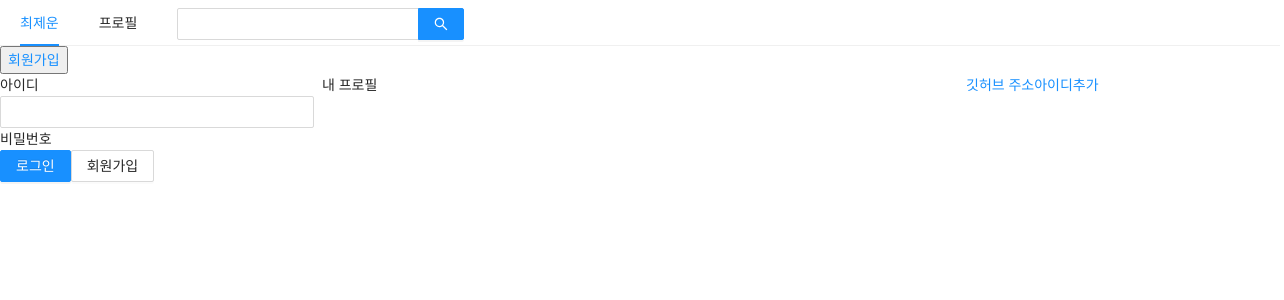
Repository: chlwpdnswku/zerochonext
Page: /signup (app in front/)
An editor plug-in stored every save of this project. The page is shown before and after a run of saves, followed by the edit.
The browser window is 1280 px wide. The page is 1284 px wide, so the pictures cover 1284 px, including what lies to the right of the window. The pictures show the whole page.
The project was rebuilt for these pictures with package versions that can differ from the ones it lists, and the page was loaded fresh each time. The framework's server and built-in components were replaced by stand-ins that run in the browser. Also part of the build but not shown: front/components/UserProfile.js.

Above is the page before, as saved 2022-08-28 08:40:26.

After the next 2 saves:
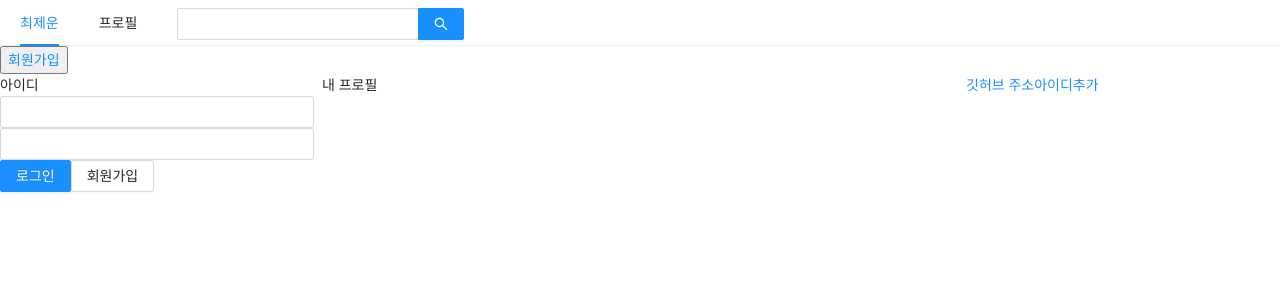
The 2 saves are shown as one change because they came seconds apart.
The last was saved 36 s later.
--- a/front/components/LoginForm.js
+++ b/front/components/LoginForm.js
@@ -21,15 +21,13 @@ function LoginForm() {
       </div>
 
       <div>
-        <label
+        <Input
           htmlFor='user-password'
           value={password}
           onChange={setPassword}
           type='password'
           required
-        >
-          비밀번호
-        </label>
+        />
       </div>
 
       <div>
